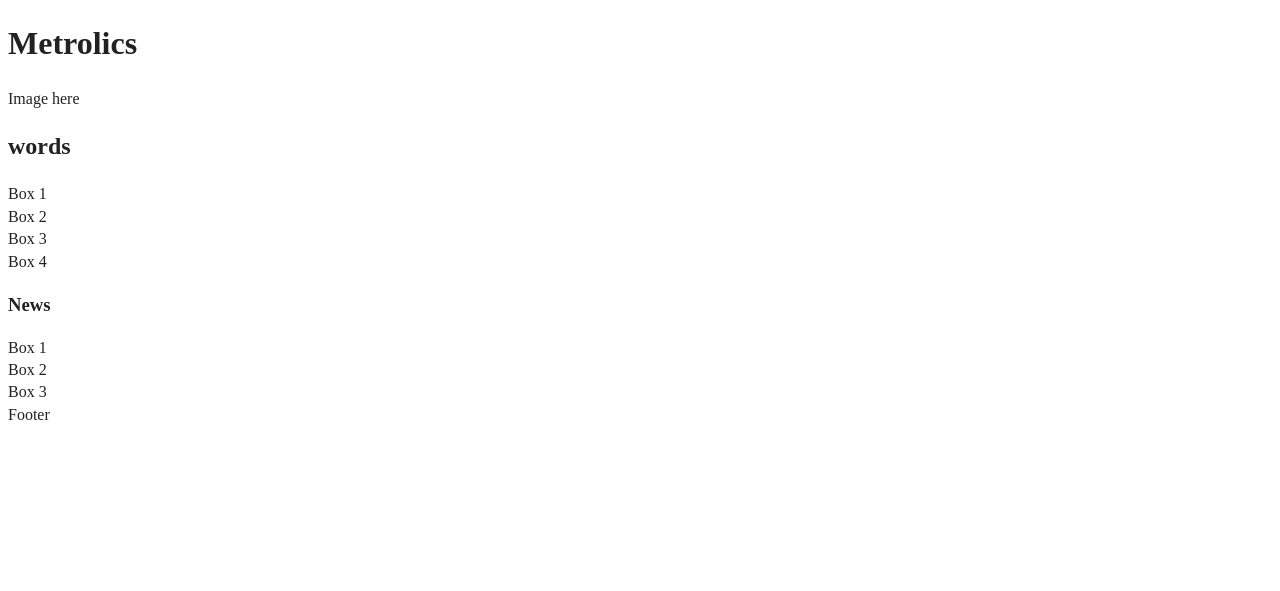
Repository: Jennica1/HTML_Structure
Page: index.html
The author's editor kept a copy of each file at every save. The page is drawn from the files as they stood at one save, then again after the next save.
The browser window is 1280 px wide. The pictures show the whole page.

Above is the page before, as saved 2024-01-24 17:46:29.

After the next save:
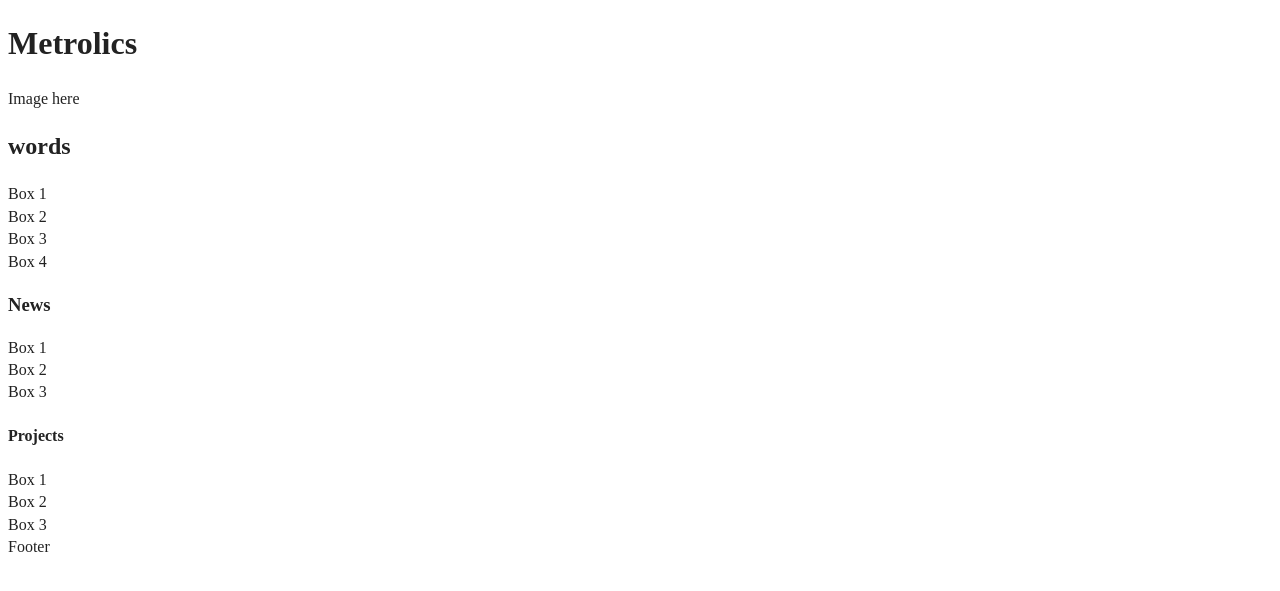
Saved 96 s later.
--- a/index.html
+++ b/index.html
@@ -69,6 +69,22 @@
           </div>
         </div>
       </div>
+      <div class="page__information">
+        <div class="outter-container">
+          <div class="content-container title">
+            <h4>Projects</h4>
+            <div class="content-container news-box">
+              Box 1
+             </div>
+               <div class="content-container news-box">
+                 Box 2
+               </div>
+                 <div class="content-container news-box">
+                   Box 3
+               </div>
+          </div>
+        </div>
+      </div>
 
 
 
